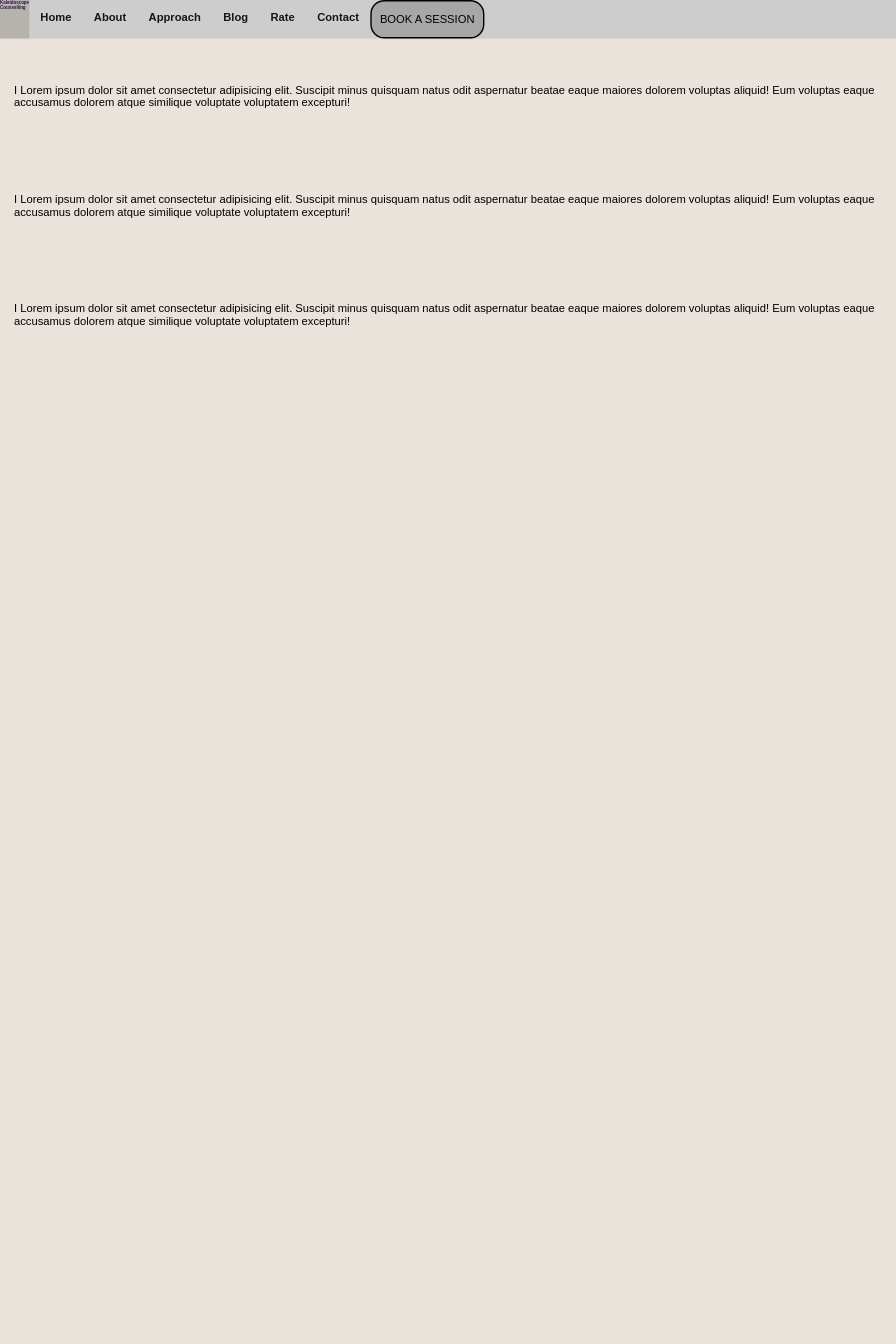
Repository: voutadi/ava-website
Page: index.html
The author's editor kept a copy of each file at every save. The page is drawn from the files as they stood at one save, then again after the next save.
The browser window is 1280 px wide. The pictures show the part of the page from y = 0 to 1920 px (the page is 3120 px tall), at 70% of full size.

Above is the page before, as saved 2024-07-03 11:26:33.

### index.html
<!DOCTYPE html>
<html lang="en">
  <head>
    <meta charset="UTF-8" />
    <meta name="viewport" content="width=device-width, initial-scale=1.0" />
    <link rel="stylesheet" href="styles/style.css" />

    <title>Kaleidoscope Counselling</title>
  </head>
  <body>
    <header>
      <div class="logo-container">
        <div class="logo">
          Kaleidoscope <br />
          Counselling
        </div>

      </div>
      <nav class="navbar">
        <ul>
          <li><a href="#home">Home</a></li>
          <li><a href="#about">About</a></li>
          <li><a href="#approach">Approach</a></li>
          <li><a href="#blog">Blog</a></li>
          <li><a href="#rate">Rate</a></li>
          <li><a href="#contact">Contact</a></li>
        </ul>
      </nav>
      <button>BOOK A SESSION</button>
    </header>

    <p>
      I Lorem ipsum dolor sit amet consectetur adipisicing elit. Suscipit minus
      quisquam natus odit aspernatur beatae eaque maiores dolorem voluptas
      aliquid! Eum voluptas eaque accusamus dolorem atque similique voluptate
      voluptatem excepturi!
    </p>
    <p>
      I Lorem ipsum dolor sit amet consectetur adipisicing elit. Suscipit minus
      quisquam natus odit aspernatur beatae eaque maiores dolorem voluptas
      aliquid! Eum voluptas eaque accusamus dolorem atque similique voluptate
      voluptatem excepturi!
    </p>
    <p>
      I Lorem ipsum dolor sit amet consectetur adipisicing elit. Suscipit minus
      quisquam natus odit aspernatur beatae eaque maiores dolorem voluptas
      aliquid! Eum voluptas eaque accusamus dolorem atque similique voluptate
      voluptatem excepturi!
    </p>
  </body>
</html>

### styles/style.css
* {
  margin: 0;
  padding: 0;
  box-sizing: border-box;
}
body {
  background-color: rgb(234, 227, 220);
  height: 3000px;
  font-family: Arial, Helvetica, sans-serif;
  font-size: 1rem;
}
header {
  max-width: 100%; /*Make sure Take all of her parent element(body)on all different devices .*/
  height: 55px;
  position: fixed;
  top: 0;
  left: 0;
  right: 0;
  background-color: rgb(206, 205, 205);
  display: flex;
  justify-content: s;


  box-shadow: 0 2px 4px rgba(243, 172, 172, 0.15); /* Adds a subtle shadow for depth, optional */
}
.logo-container {
  max-width: 55px; /* Put condition for smaller or biger divice*/
  background-color: rgb(181, 179, 172);
  height: 100%;
}
.logo {
  color: rgb(50, 21, 77);
  font-size: 0.4rem;
  font-weight: bold;
}

.navbar ul {
  display: flex;
  flex: 1;
  justify-content: center;
  list-style-type: none;
  flex-wrap: wrap;
}
.navbar li {
  margin: 1rem;
}
.navbar a {
  font-size: 1rem;
  color: rgb(23, 22, 22);
  font-weight: 700;

  text-decoration: none;
}
.navbar a:hover {
  background-color: rgb(184, 175, 175);
  padding: 5px 10px;
  border-radius: 16px;
  transition: 0.15s;
}

.navbar a:active {
  background-color: rgb(166, 162, 162);
  padding: 10px 10px;
  border-radius: 16px;
  transition: 0.15s;
}

button {
  background-color: rgb(168, 166, 166);

  font-size: 1rem;
  padding: 8px 12px;
  margin-right: 1.5rem;
  border-width: 2px;
  border-style: solid;
  border-radius: 20px;
  cursor: pointer;
}
button:hover {
  background-color: rgb(187, 181, 181);
  transition: 0.15s;
  padding: 12px 18px;
}
button:active {
  padding: 18px 24px;
}
p {
  margin-top: 120px;
  margin-left: 20px;
}
@media (max-width: 380px) {
  body {
    font-size: 0.35rem;
  } /* Smaller font size */
  button {
    font-size: 0.35rem;
    padding: 2px;
    margin-right: 0.3rem;
    border-radius: 8px;
  }
  button:hover {
    font-size: 0.4rem;
    padding: 2px;
  }
  button:active {
    padding: 3px;
  }
  .navbar li {
    margin: 0.2rem;
  }
  .navbar a {
    font-size: 0.5rem;
  }
}

@media (max-width: 600px) {
  body {
    font-size: 0.5rem;
  } /* Smaller font size */
  button {
    font-size: 0.5rem;
    padding: 2px 4px;
    margin-right: 0.5rem;
    border-radius: 10px;
  }
  button:hover {
    font-size: 0.5rem;
    padding: 2px;
  }
  button:active {
    padding: 3px;
  }
  .navbar li {
    margin: 0.3rem;
  }
  .navbar a {
    font-size: 0.6rem;
  }
}
@media (min-width: 601px) and (max-width: 900px) {
  body {
    font-size: 0.75rem;
  } /* Smaller font size */
  button {
    font-size: 0.75rem;
    padding: 2px 4px;
    margin-right: 0.75rem;
    border-radius: 10px;
  }
  button:hover {
    font-size: 0.75rem;
    padding: 2px;
  }
  button:active {
    padding: 3px;
  }
  .navbar li {
    margin: 0.5rem;
  }
  .navbar a {
    font-size: 0.8rem;
  }
}

After the next save:
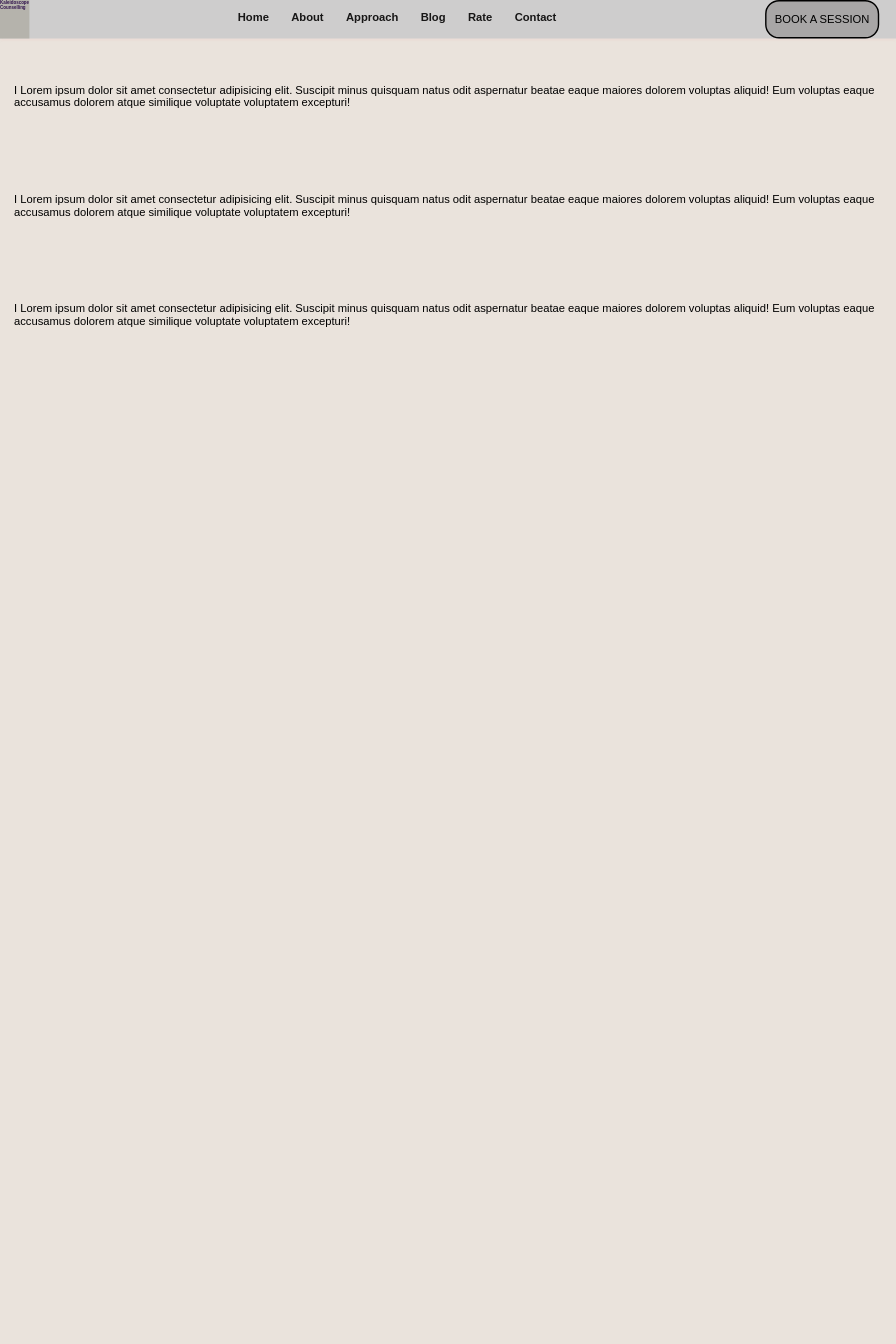
Saved 11 s later.
--- a/styles/style.css
+++ b/styles/style.css
@@ -18,7 +18,7 @@ header {
   right: 0;
   background-color: rgb(206, 205, 205);
   display: flex;
-  justify-content: s;
+  justify-content: space-between;
 
 
   box-shadow: 0 2px 4px rgba(243, 172, 172, 0.15); /* Adds a subtle shadow for depth, optional */
